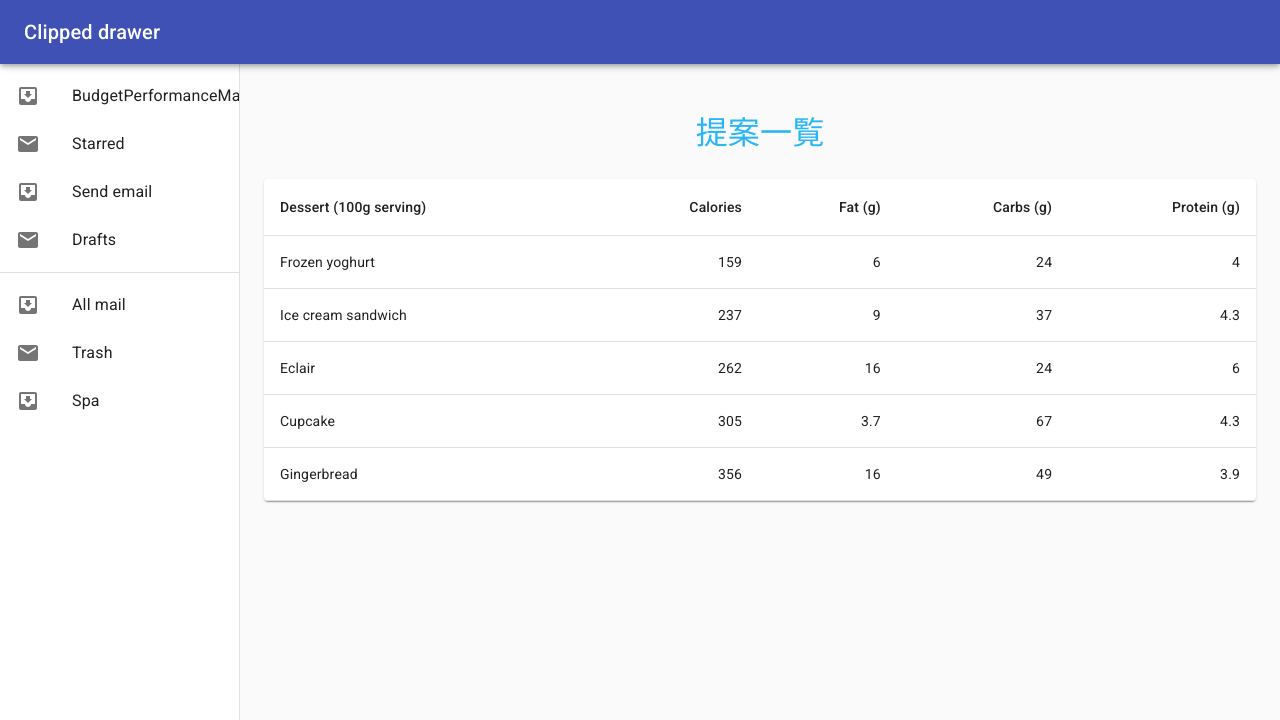
Repository: ukiyah/test
Page: / (app in src/)
The author's editor kept a copy of each file at every save. The page is drawn from the files as they stood at one save, then again after the next save.
The browser window is 1280 px wide. The pictures show the whole page.
The project was rebuilt for these pictures with package versions that can differ from the ones it lists, and the page was loaded fresh each time. Also part of the build but not shown: src/material-dashboard-react.js, src/Navbars/ref_AdminNavbarLinks/customInputStyle.js, src/Navbars/ref_AdminNavbarLinks/CustomInput.js, src/Navbars/ref_AdminNavbarLinks/buttonStyle.js, src/Navbars/ref_AdminNavbarLinks/Button.js, src/Navbars/ref_AdminNavbarLinks/dropdownStyle.js, src/Navbars/ref_AdminNavbarLinks/headerLinksStyle.js, src/Navbars/AdminNavbarLinks.js and 4 more.

Above is the page before, as saved 2020-02-20 18:44:35.

After the next save:
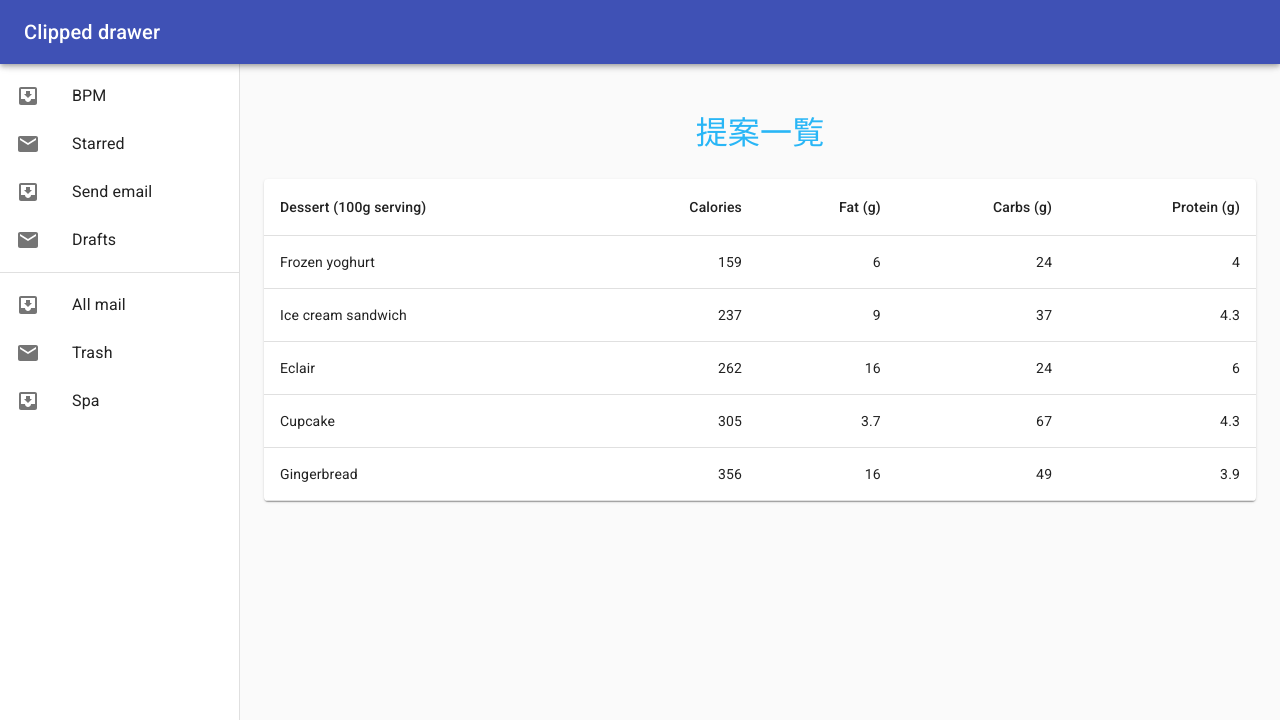
Saved 15 s later.
--- a/src/Drawer.js
+++ b/src/Drawer.js
@@ -58,7 +58,7 @@ export default function ClippedDrawer() {
       >
         <div className={classes.toolbar} />
         <List>
-          {['BudgetPerformanceManager', 'Starred', 'Send email', 'Drafts'].map((text, index) => (
+          {['BPM', 'Starred', 'Send email', 'Drafts'].map((text, index) => (
             <ListItem button key={text}>
               <ListItemIcon>{index % 2 === 0 ? <InboxIcon /> : <MailIcon />}</ListItemIcon>
               <ListItemText primary={text} />
